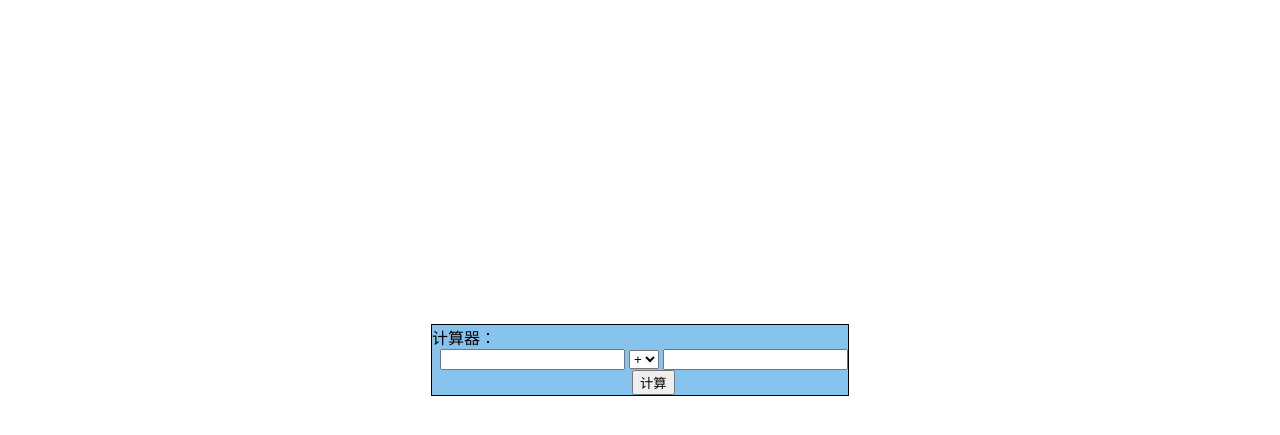
Repository: guirui-li/StudyJavaWeb
Page: http://localhost/JavawebTest/experiment05/table.jsp
The author's editor kept a copy of each file at every save. The page is drawn from the files as they stood at one save, then again after the next save.
The browser window is 1280 px wide. The pictures show the whole page.
The page is served by Tomcat 9.

Above is the page before, as saved 2019-05-03 07:12:50.

After the next save:
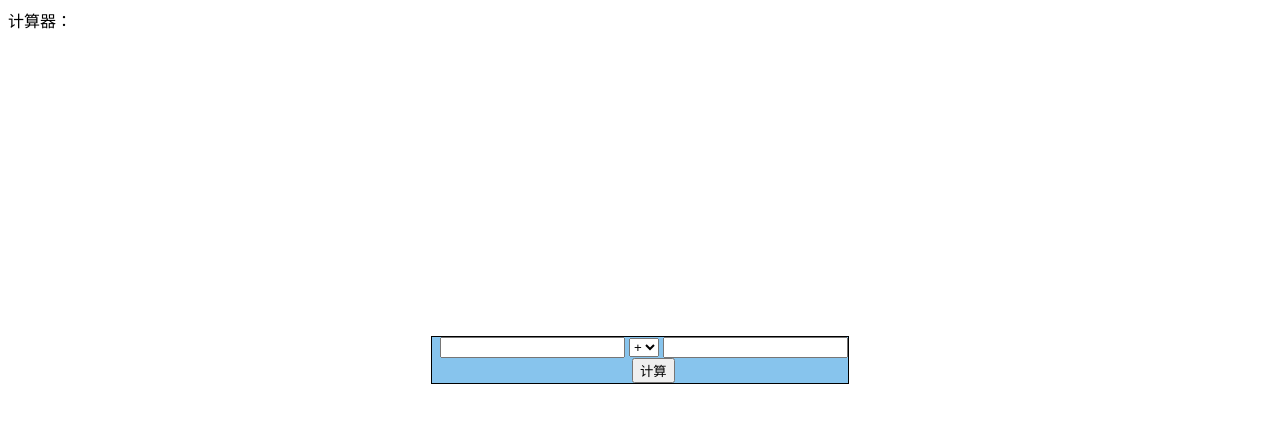
Saved 10 s later.
--- a/JavawebTest/WebContent/experiment05/table.jsp
+++ b/JavawebTest/WebContent/experiment05/table.jsp
@@ -6,7 +6,7 @@
 <meta charset="UTF-8">
 <title>table页面</title>
 	<style type="text/css">
-		#div{
+		#form1{
 			border:1px solid black;
 			widht:600px;
 			heigth:120px;
@@ -22,7 +22,6 @@
 	</style>
 </head>
 <body>
-	<div id="div">
 		计算器：
 		<form action="/JavawebTest/TableServlet" method="get" id="form1">
 			<label>&nbsp;
@@ -44,6 +43,5 @@
 				<input type="submit" name="Submit" value="计算" id="Submit"/>
 			</label>
 		</form>
-	</div>
 </body>
 </html>
